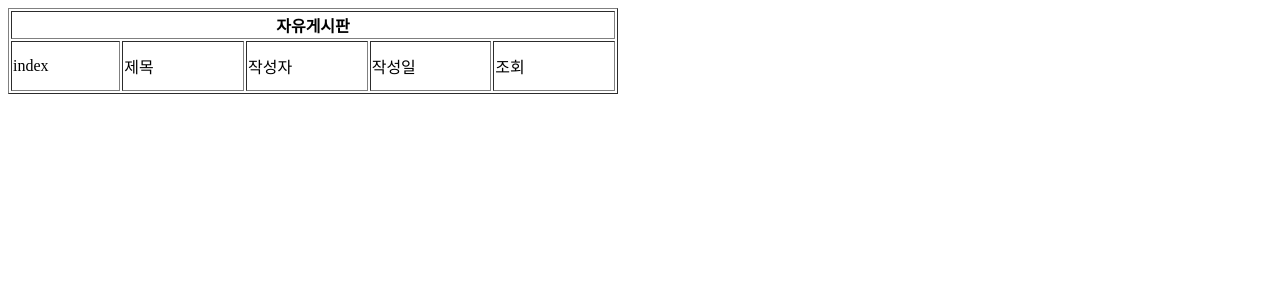
Repository: y2kim/workspace3
Page: http://localhost/WEB_MVC2_JSP_06_05_Pratice/BoardList
These files come from the project's save history. The page is drawn as it stood at one moment and after the next save; the edit follows.
The browser window is 1280 px wide. The pictures show the whole page.
The page is served by Tomcat 9. Queries for data that is not in the repository find no rows.

Above is the page before, as saved 2018-06-05 05:58:11.

After the next save:
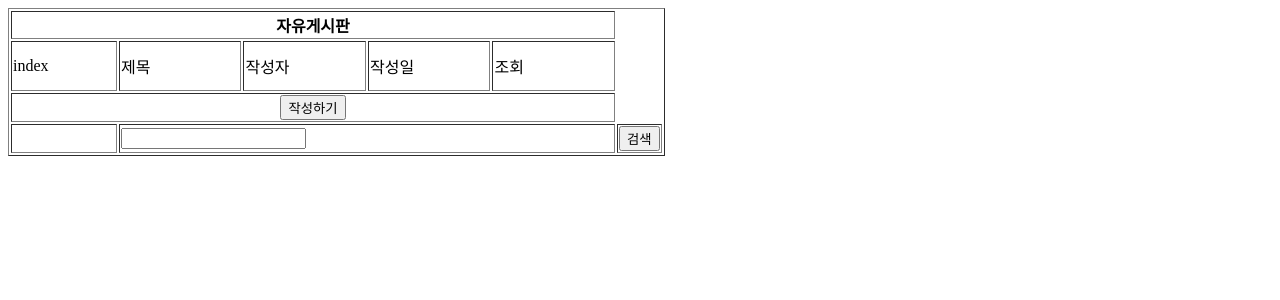
Saved 106 s later.
--- a/WEB_MVC2_JSP_06_05_Pratice/WebContent/boardList.jsp
+++ b/WEB_MVC2_JSP_06_05_Pratice/WebContent/boardList.jsp
@@ -29,6 +29,17 @@
 			<td>${items.viewcount}
 			</tr>
 		</c:forEach>
+		        <tr>
+            <td colspan="5" align="center">
+
+            <input type="Button" value="작성하기" id="addtext">
+            </td>
+        </tr>
+        <tr>
+        <td>
+        <td colspan="4"><input type="text" name="search" id="searchText"></td>
+        <td><button type="button" id="search">검색</button></td>
+        </tr>
 	</table>
 </body>
 </html>
